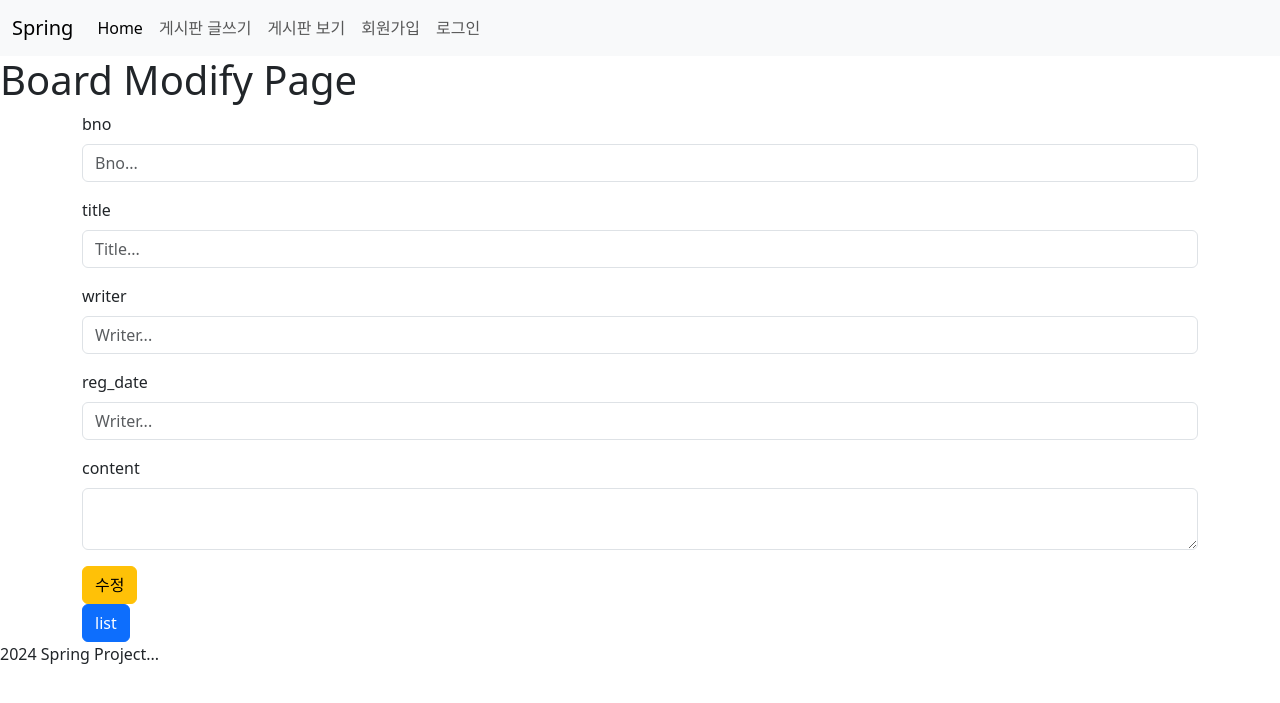
Repository: leechanggyu1118/Spring
Page: http://localhost/spring_study/WEB-INF/views/board/modify.jsp
The author's editor kept a copy of each file at every save. The page is drawn from the files as they stood at one save, then again after the next save.
The browser window is 1280 px wide. The pictures show the whole page.
The page is served by Tomcat 9. Nobody is signed in. The template is opened directly, without the code that normally fills it, so the values that code supplies are empty.

Above is the page before, as saved 2024-04-29 08:31:13.

### spring_study/src/main/webapp/WEB-INF/views/board/modify.jsp
<%@ page language="java" contentType="text/html; charset=UTF-8"
    pageEncoding="UTF-8"%>
	<jsp:include page="../layout/header.jsp"></jsp:include>

	<h1>Board Modify Page</h1>
	<c:set value="${bdto.bvo }" var="bvo"></c:set>
	<div class="container-md">
		<form action="/board/modify" method="post">

			<div class="mb-3">
				<label for="n" class="form-label">bno</label>
				<input type="text" class="form-control" name="bno" id="n" value="${bvo.bno }" readonly="readonly" placeholder="Bno...">
			</div>
			<div class="mb-3">
				<label for="t" class="form-label">title</label>
				<input type="text" class="form-control" name="title" id="t" value="${bvo.title }" placeholder="Title...">
			</div>

			<div class="mb-3">
				<label for="w" class="form-label">writer</label>
				<input type="text" class="form-control" name="writer" id="w" value="${bvo.writer }" readonly="readonly" placeholder="Writer...">
			</div>
			<div class="mb-3">
				<label for="r" class="form-label">reg_date</label>
				<input type="text" class="form-control" name="reg_date" id="r" value="${bvo.reg_date }" readonly="readonly" placeholder="Writer...">
			</div>

			<div class="mb-3">
				<label for="c" class="form-label">content</label>
				<textarea class="form-control" id="c" name="content" aria-label="With textarea" >${bvo.content }</textarea>
			</div>

			<a><button type="submit" class="btn btn-warning">수정</button></a>

		</form>
			<a href="/board/list"><button type="button" class="btn btn-primary">list</button></a>
	</div>

		<jsp:include page="../layout/footer.jsp"></jsp:include>

### spring_study/src/main/webapp/WEB-INF/views/layout/header.jsp
<%@ page language="java" contentType="text/html; charset=UTF-8"
    pageEncoding="UTF-8"%>
    <%@taglib uri="http://java.sun.com/jsp/jstl/core" prefix="c" %>
<!DOCTYPE html>
<html>
<head>
<meta charset="UTF-8">
<title>header.jsp</title>
<link href="https://cdn.jsdelivr.net/npm/bootstrap@5.3.3/dist/css/bootstrap.min.css" rel="stylesheet" integrity="sha384-QWTKZyjpPEjISv5WaRU9OFeRpok6YctnYmDr5pNlyT2bRjXh0JMhjY6hW+ALEwIH" crossorigin="anonymous">
<script src="https://cdn.jsdelivr.net/npm/bootstrap@5.3.3/dist/js/bootstrap.bundle.min.js" integrity="sha384-YvpcrYf0tY3lHB60NNkmXc5s9fDVZLESaAA55NDzOxhy9GkcIdslK1eN7N6jIeHz" crossorigin="anonymous"></script>
</head>
<body>

<nav class="navbar navbar-expand-lg bg-body-tertiary">
  <div class="container-fluid">
    <a class="navbar-brand" href="#">Spring</a>
    <button class="navbar-toggler" type="button" data-bs-toggle="collapse" data-bs-target="#navbarSupportedContent" aria-controls="navbarSupportedContent" aria-expanded="false" aria-label="Toggle navigation">
      <span class="navbar-toggler-icon"></span>
    </button>
    <div class="collapse navbar-collapse" id="navbarSupportedContent">
      <ul class="navbar-nav me-auto mb-2 mb-lg-0">
        <li class="nav-item">
          <a class="nav-link active" aria-current="page" href="/">Home</a>
        </li>
        <li class="nav-item">
          <a class="nav-link" href="/board/register">게시판 글쓰기</a>
        </li>
        <li class="nav-item">
          <a class="nav-link" href="/board/list">게시판 보기</a>
        </li>
        <li class="nav-item">
          <a class="nav-link" href="/member/register">회원가입</a>
        </li>

        <c:if test="${ses.id eq null }">
        <li class="nav-item">
          <a class="nav-link" href="/member/login">로그인</a>
        </li>
        </c:if>

        <c:if test="${ses.id ne null }">
        <li class="nav-item">
          <a class="nav-link" href="/member/logout">로그아웃</a>
        </li>
        <li class="nav-item">
          <a class="nav-link" href="/member/modify">${ses.id }(${ses.email }) welcome!</a>
        </li>
		</c:if>

        </ul>
    </div>
  </div>
</nav>

### spring_study/src/main/webapp/WEB-INF/views/layout/footer.jsp
<%@ page language="java" contentType="text/html; charset=UTF-8"
    pageEncoding="UTF-8"%>
<div>
	2024 Spring Project...
</div>

</body>
</html>

After the next save:
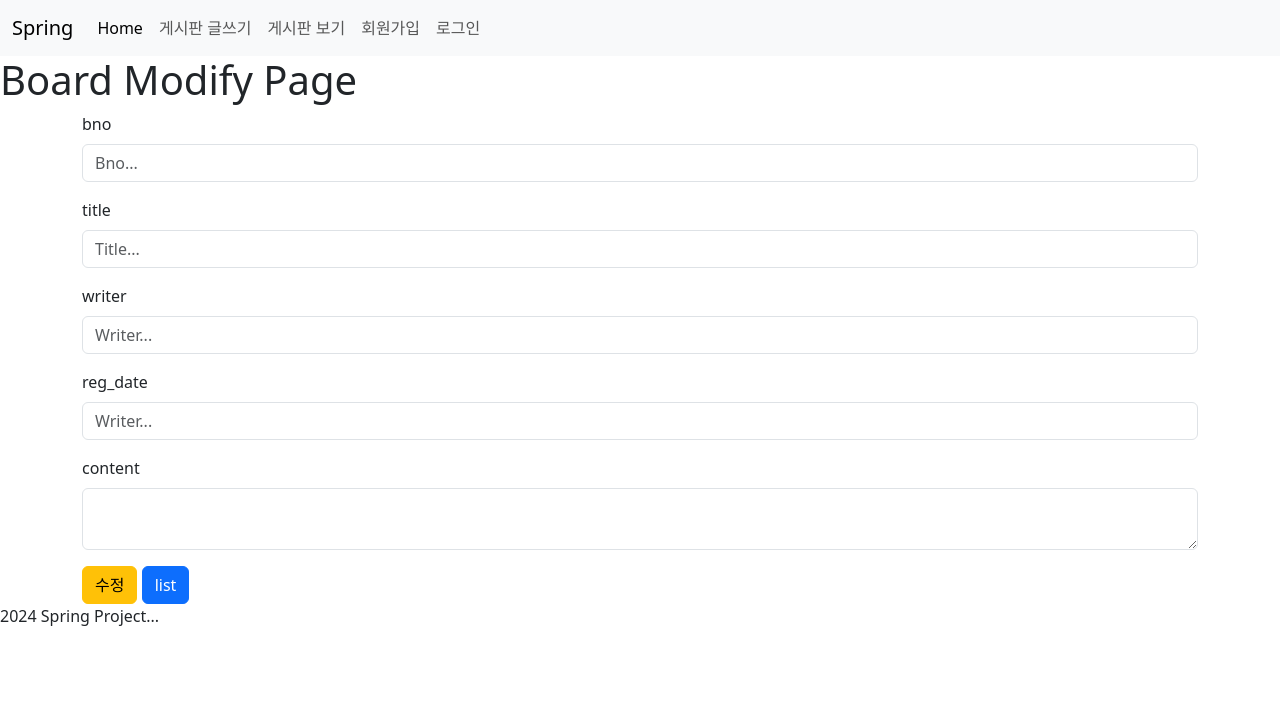
Saved 58 s later.
--- a/spring_study/src/main/webapp/WEB-INF/views/board/modify.jsp
+++ b/spring_study/src/main/webapp/WEB-INF/views/board/modify.jsp
@@ -30,10 +30,11 @@
 				<textarea class="form-control" id="c" name="content" aria-label="With textarea" >${bvo.content }</textarea>
 			</div>
 
+
 			<a><button type="submit" class="btn btn-warning">수정</button></a>
 
+			<a href="/board/list"><button type="button" class="btn btn-primary">list</button></a>
 		</form>
-			<a href="/board/list"><button type="button" class="btn btn-primary">list</button></a>
 	</div>
 
 		<jsp:include page="../layout/footer.jsp"></jsp:include>
